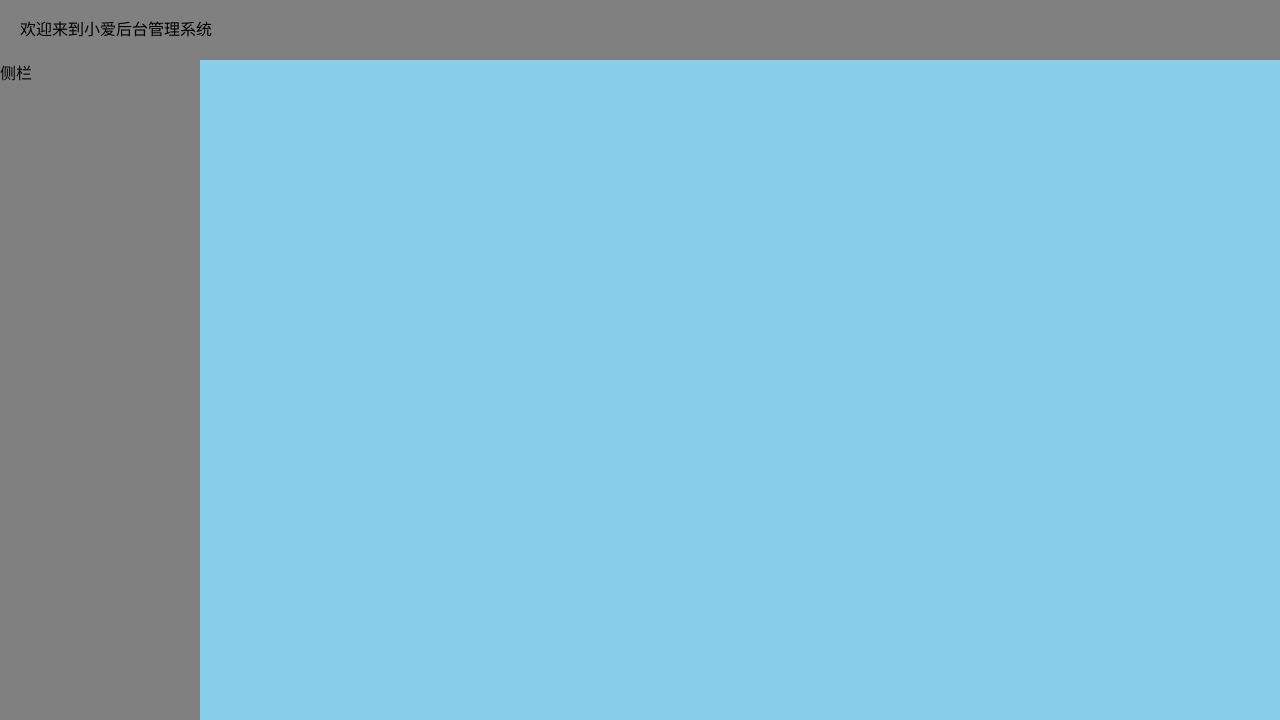
Repository: heyegang/vuex
Page: /
The author's editor kept a copy of each file at every save. The page is drawn from the files as they stood at one save, then again after the next save.
The browser window is 1280 px wide. The pictures show the whole page.
The project was rebuilt for these pictures with package versions that can differ from the ones it lists, and the page was loaded fresh each time. Also part of the build but not shown: vue.config.js.

Above is the page before, as saved 2021-01-06 10:51:02.

After the next save:
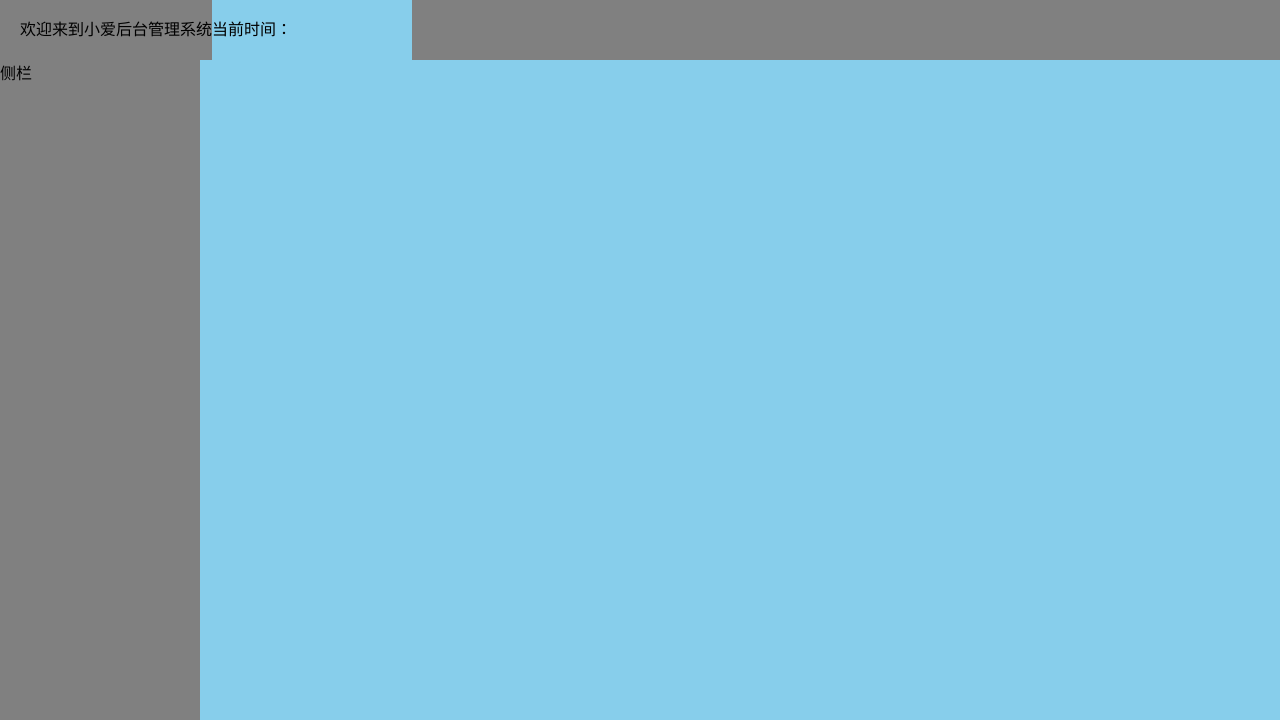
Saved 49 s later.
--- a/src/components/navheader/NavHeader.vue
+++ b/src/components/navheader/NavHeader.vue
@@ -1,5 +1,5 @@
 <template>
-  <div>
+  <div class="top">
       <div>
           欢迎来到小爱后台管理系统
       </div>
@@ -40,6 +40,9 @@
 </script>
 
 <style lang='scss' scoped>
+.top{
+    display: flex;
+}
 .box{
     width: 200px;
     background-color: skyblue;

After the save that followed:
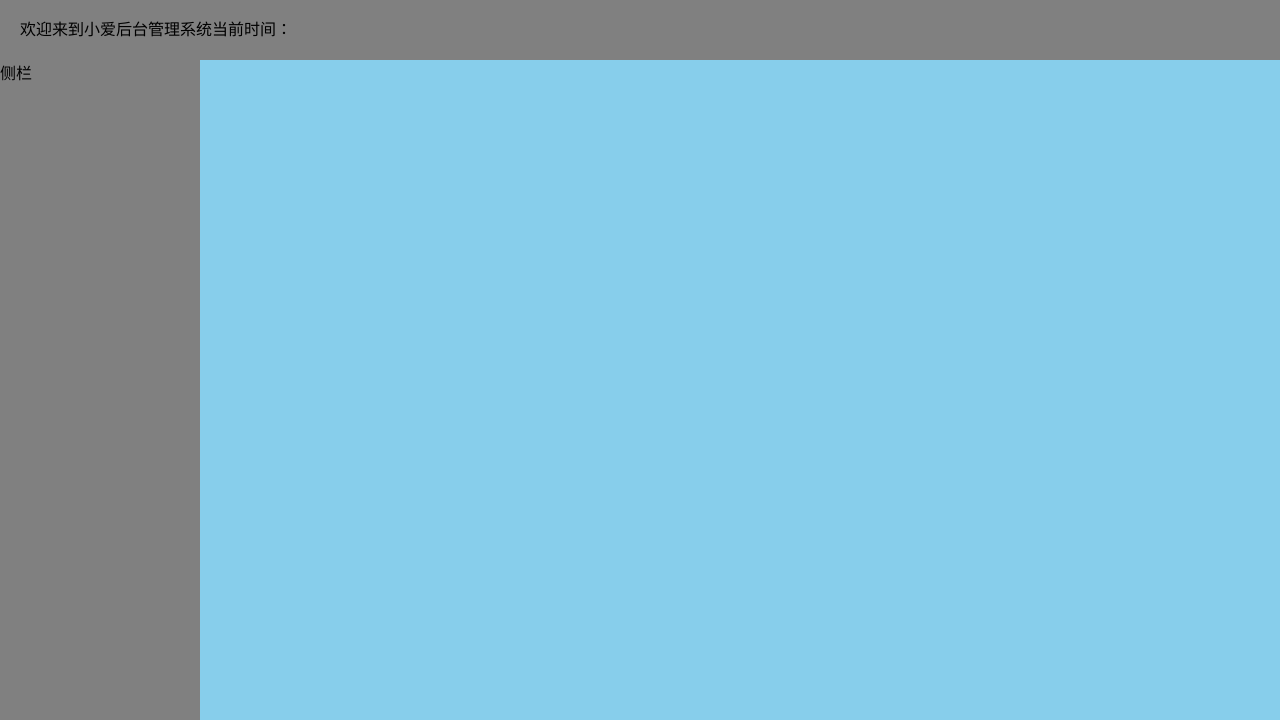
Saved 14 s later.
--- a/src/components/navheader/NavHeader.vue
+++ b/src/components/navheader/NavHeader.vue
@@ -45,6 +45,5 @@
 }
 .box{
     width: 200px;
-    background-color: skyblue;
 }
 </style>
